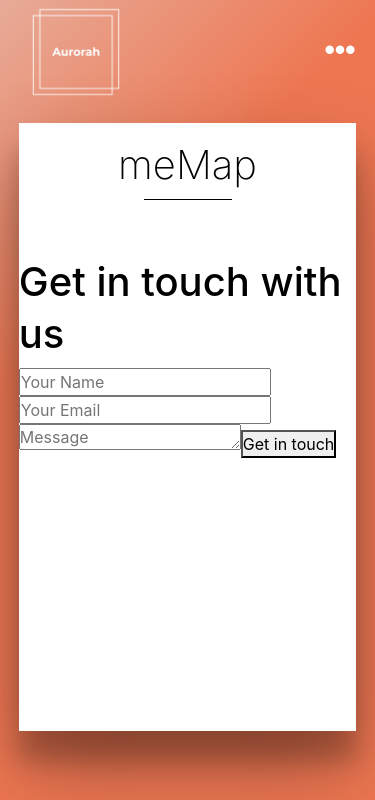
Repository: aasirvalji/saferMe
Page: /alt
These files come from the project's save history. The page is drawn as it stood at one moment and after the next save; the edit follows.
The browser window is 375 px wide. The pictures show the whole page.
An inner scrolling area shows only its first screen. The project was rebuilt for these pictures with package versions that can differ from the ones it lists, and the page was loaded fresh each time. Also part of the build but not shown: src/components/Landing.js, src/styles/Services.css, src/components/Services.js, src/styles/MapDisplay.css, src/mapStyles.js, src/components/MapDisplay.js, src/styles/AboutDisplay.css, src/components/AboutDisplay.js and 1 more.

Above is the page before, as saved 2020-02-15 11:49:58.

After the next save:
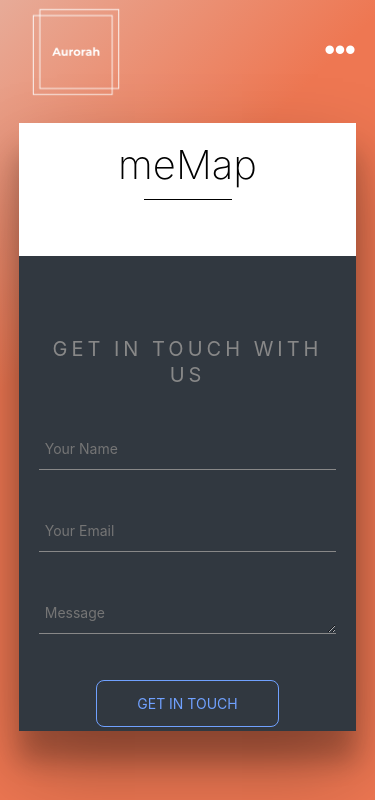
Saved 17 s later.
--- a/src/styles/AltDisplay.css
+++ b/src/styles/AltDisplay.css
@@ -110,3 +110,86 @@
     text-decoration: line-through;
     color: white;
   }
+
+
+
+
+
+
+
+
+
+
+
+
+  .contact-section{
+    background: #313840;
+    padding: 80px 0;
+    text-align: center;
+  }
+
+  .inner-width{
+    max-width: 600px;
+    margin: auto;
+    padding: 0 20px;
+  }
+
+  .contact-section h1{
+    font-size: 20px;
+    color: #888;
+    margin-bottom: 40px;
+    text-transform: uppercase;
+    letter-spacing: 4px;
+    font-weight: 400;
+  }
+
+  .name,.email,.message{
+    background: none;
+    border:none;
+    outline: none;
+    border-bottom: 1px solid;
+    color: #888;
+    padding: 10px 6px;
+    font-size: 14px;
+    margin-bottom: 40px;
+  }
+
+  .name{
+    float: left;
+    width: 270px;
+  }
+
+  .email{
+    float: right;
+    width: 270px;
+  }
+
+  .message{
+    min-width: 100%;
+    max-width: 100%;
+  }
+
+
+  .contact-section button{
+    background: none;
+    color: #70a1ff;
+    border: 1px solid #70a1ff;
+    padding: 12px 40px;
+    border-radius: 8px;
+    text-transform: uppercase;
+    font-size: 14px;
+    transition: 0.4s linear;
+    cursor: pointer;
+  }
+
+  .contact-section button:hover{
+    background: #70a1ff;
+    color: #fff;
+  }
+
+
+  @media screen and (max-width:600px){
+    .name,.email{
+      width: 100%;
+    }
+  }
